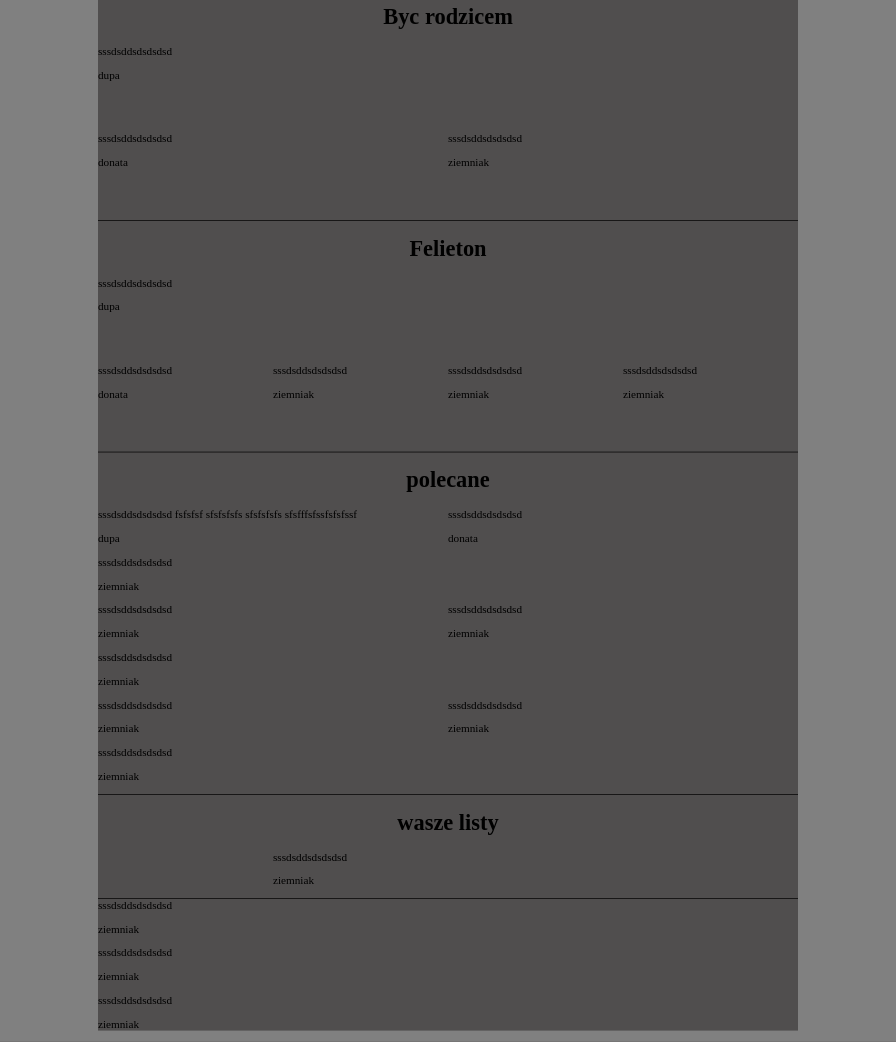
Repository: kq333/pitupitu.pl
Page: index.html
An editor plug-in stored every save of this project. The page is shown before and after the next save, followed by the edit.
The browser window is 1280 px wide. The pictures show the part of the page from y = 1156 to 3076 px (the page is 2644 px tall before and 3076 px after), at 70% of full size.
The style sheet was rebuilt from its Sass, Less or Tailwind sources for each picture, by a compiler version that may differ from the author's.

Above is the page before, as saved 2020-11-04 13:05:32.

After the next save:
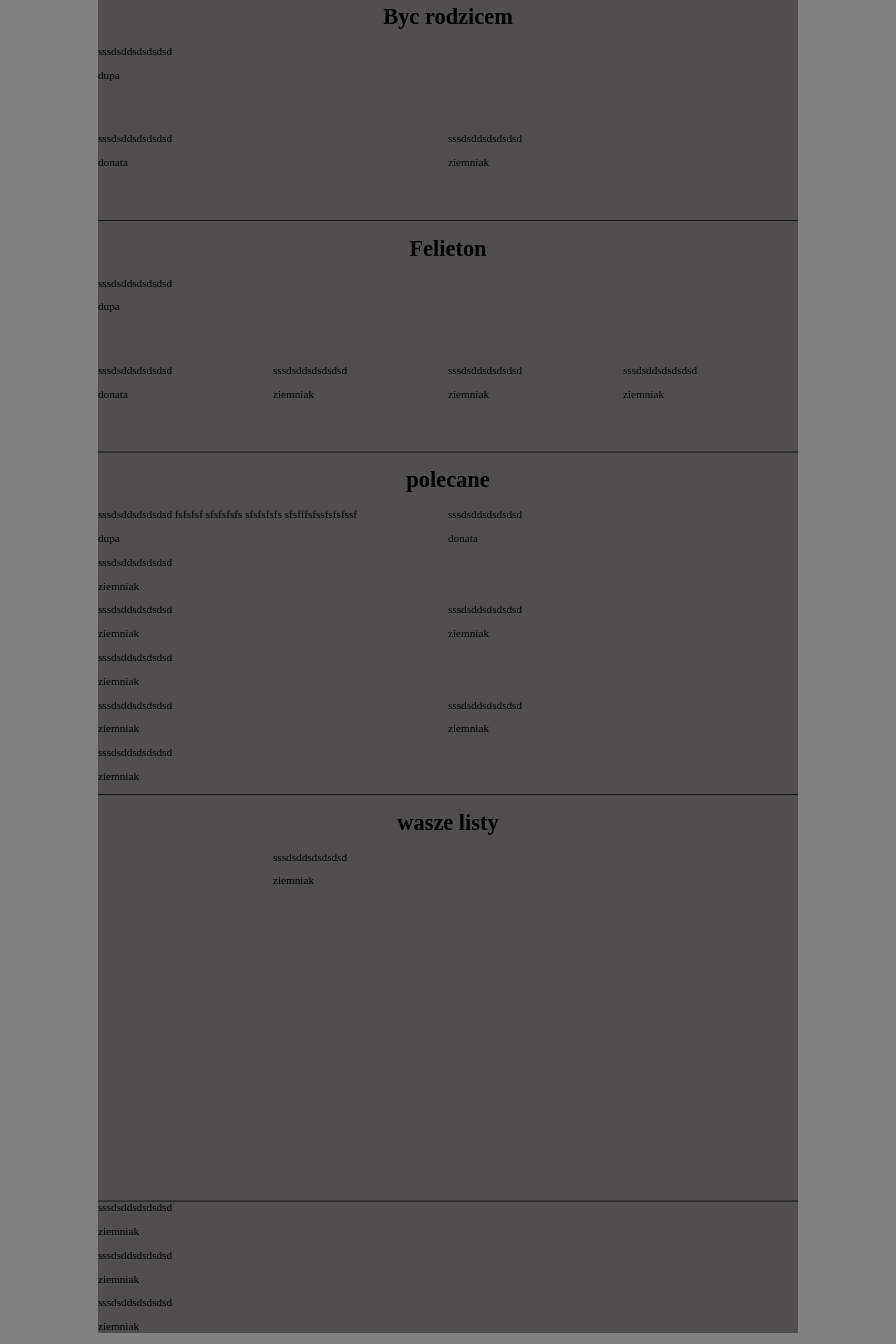
Saved 62 s later.
--- a/style/style.scss
+++ b/style/style.scss
@@ -213,7 +213,7 @@ grid-area: art26;
 
 .letters{
     width:1000px;
-    height: auto;
+    height: 500px;
     border-bottom: 1px solid black;
     display:grid;
     grid-template-columns: repeat(4, 1fr);
